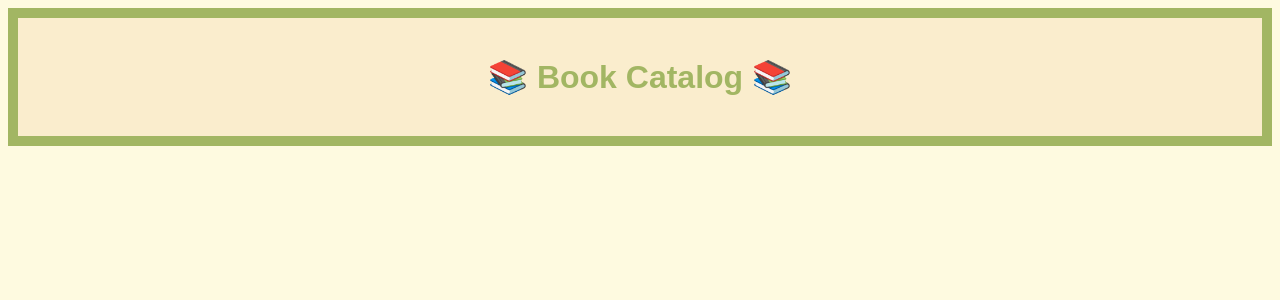
Repository: kaitlynlew/Book-Catalog
Page: /
These files come from the project's save history. The page is drawn as it stood at one moment and after the next save; the edit follows.
The browser window is 1280 px wide. The pictures show the whole page.
The project was rebuilt for these pictures with package versions that can differ from the ones it lists, and the page was loaded fresh each time. Also part of the build but not shown: vite.config.js.

Above is the page before, as saved 2025-09-14 00:13:19.

After the next save:
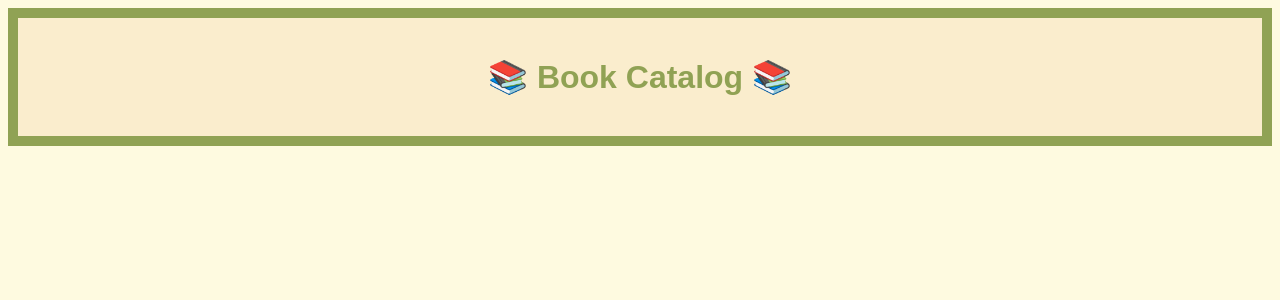
Saved 16 s later.
--- a/src/App.css
+++ b/src/App.css
@@ -5,11 +5,11 @@ body {
 }
 
 h1 {
-  color: #a2b663;
+  color: #90a254;
   text-align: center;
   background-color: #faedcd;
   padding: 40px;
   margin: 0;
-  border: 10px solid #a2b663;
+  border: 10px solid #90a254;
 
 }
